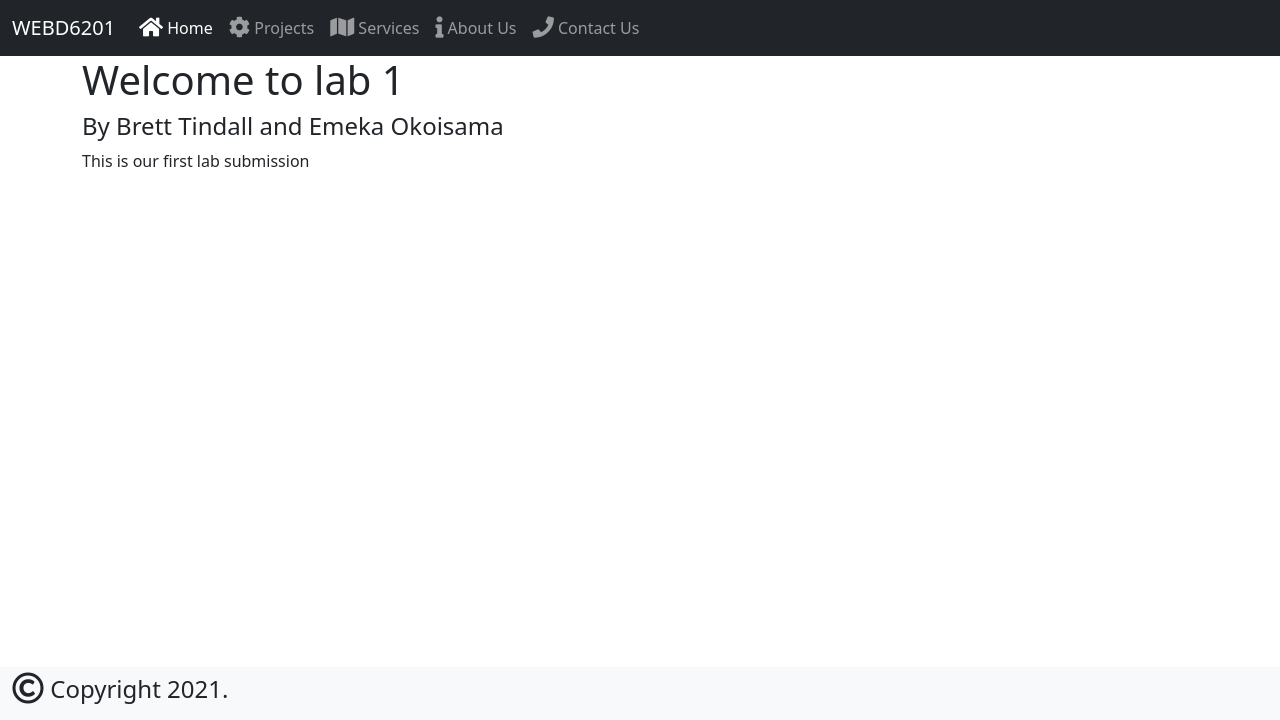
Repository: Sub4Sub/Lab_1
Page: index.html
An editor plug-in stored every save of this project. The page is shown before and after the next save, followed by the edit.
The browser window is 1280 px wide. The pictures show the whole page.

Above is the page before, as saved 2021-02-04 22:06:28.

After the next save:
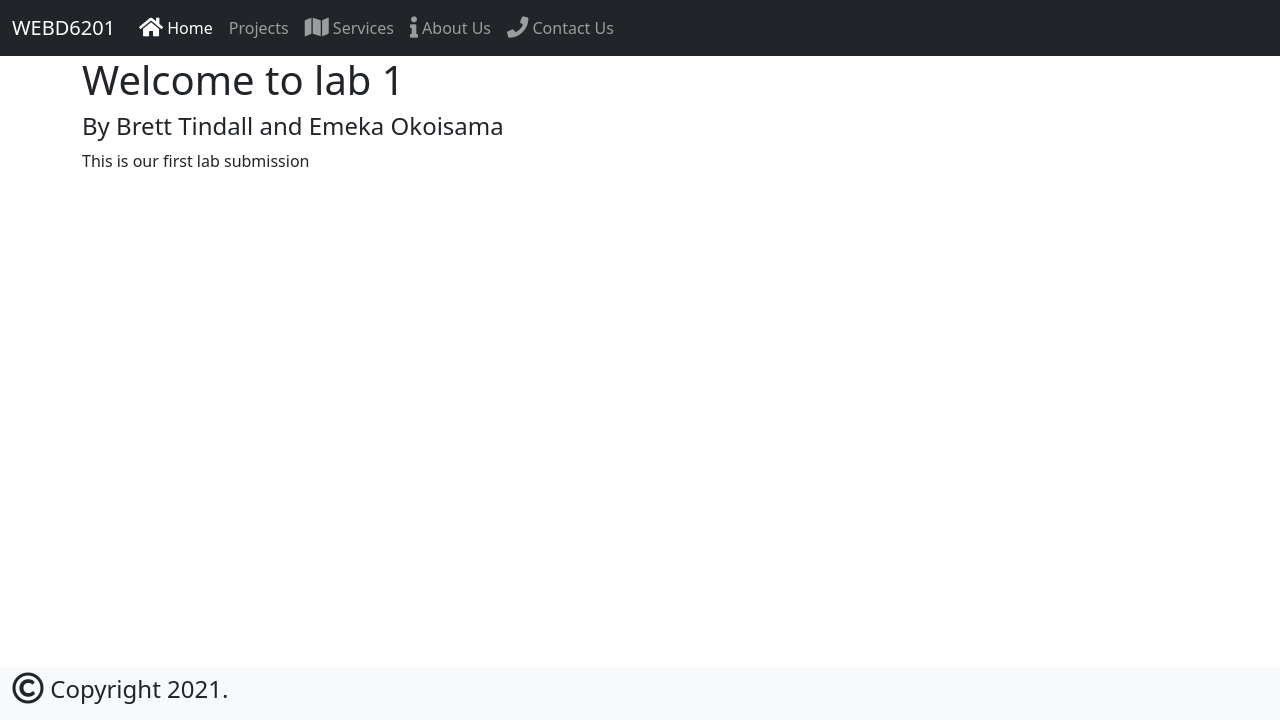
Saved 40 s later.
--- a/Scripts/app.js
+++ b/Scripts/app.js
@@ -84,6 +84,8 @@
 
         let productsButton = document.getElementById("products");
 
+        productsButton.textContent = "Projects";
+
         switch (document.title)
         {
           case "Home":

After the save that followed:
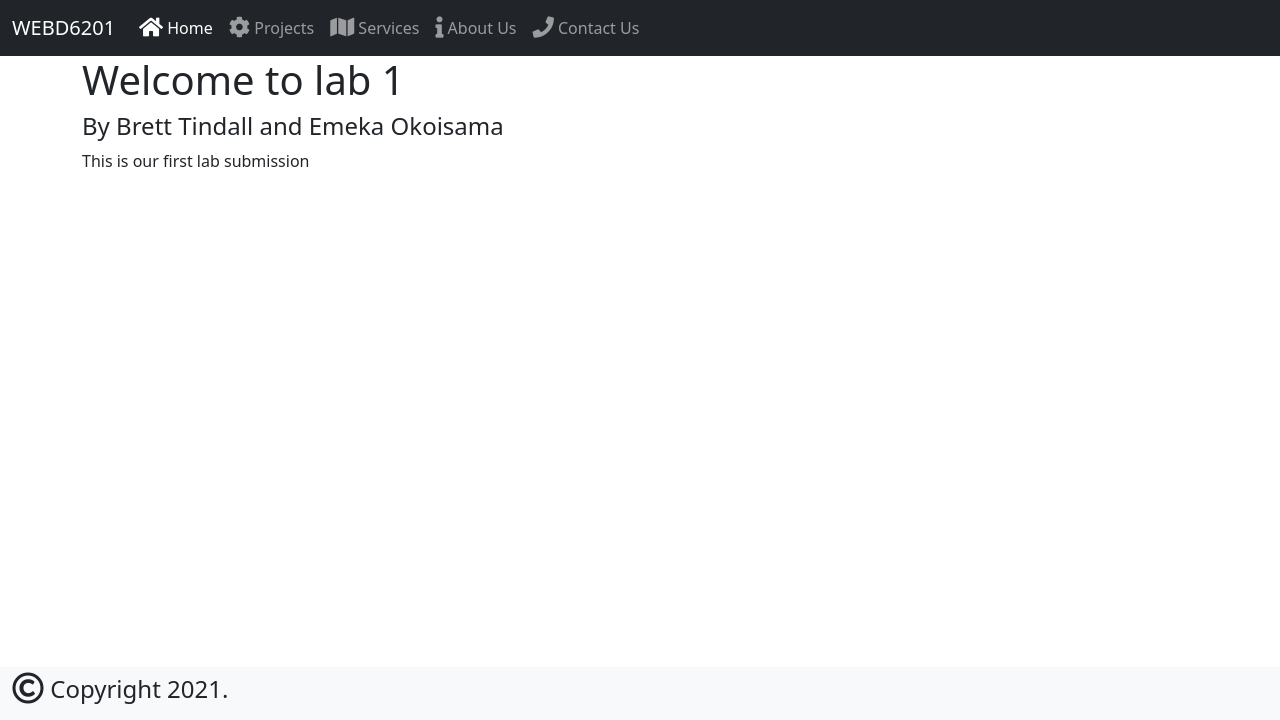
Saved 29 s later.
--- a/Scripts/app.js
+++ b/Scripts/app.js
@@ -82,9 +82,9 @@
     {
         console.log("App Started...");
 
-        let productsButton = document.getElementById("products");
+        //let productsButton = document.getElementById("products");
 
-        productsButton.textContent = "Projects";
+        //productsButton.textContent = "Projects";
 
         switch (document.title)
         {
